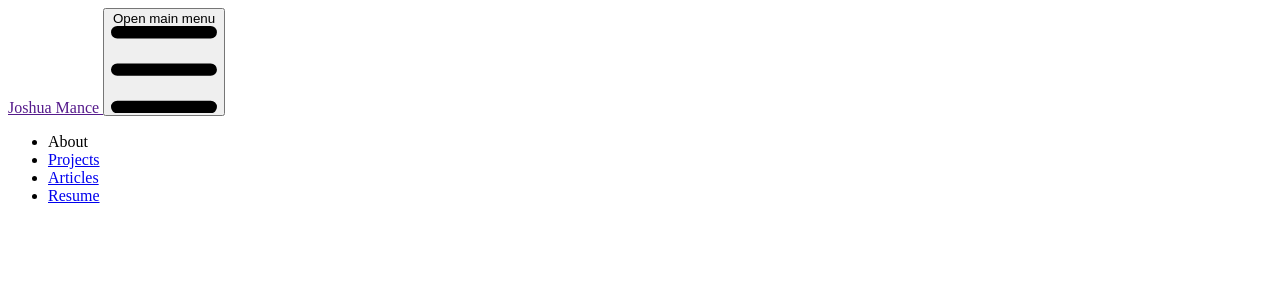
Repository: JoshMance/JoshMance.github.io
Page: src/components/navbar.html
The author's editor kept a copy of each file at every save. The page is drawn from the files as they stood at one save, then again after the next save.
The browser window is 1280 px wide. The pictures show the whole page.

Above is the page before, as saved 2024-08-27 08:58:06.

### src/components/navbar.html
<nav class="navbar sticky top-0 p-3 m-0">
  <div class="max-w-screen-3xl md:flex items-start justify-between mx-auto pl-4">


    <a href="" class="flex items-center space-x-5 rtl:space-x-reverse">
        <span class="rounded-corners self-center text-3xl py-2 whitespace-nowrap text-secondary font-mono itialic">  Joshua Mance </span>
    </a>
    <button data-collapse-toggle="navbar-default" type="button" class="inline-flex items-center p-2 w-10 h-10 justify-center text-sm text-gray-500 rounded-lg md:hidden hover:bg-gray-100 focus:outline-none focus:ring-2 focus:ring-gray-200 dark:text-gray-400 dark:hover:bg-gray-700 dark:focus:ring-gray-600" aria-controls="navbar-default" aria-expanded="false">
        <span class="sr-only">Open main menu</span>
        <svg class="w-5 h-5" aria-hidden="true" xmlns="http://www.w3.org/2000/svg" fill="none" viewBox="0 0 17 14">
            <path stroke="currentColor" stroke-linecap="round" stroke-linejoin="round" stroke-width="2" d="M1 1h15M1 7h15M1 13h15"/>
        </svg>
    </button>
    <div class="hidden w-full md:block md:w-auto" id="navbar">
      <ul class="text-2xl flex flex-col md:p-0 mt-5 border rounded-lg md:flex-row rtl:space-x-reverse md:mt-0 md:border-0">
        <li class="px-5">
          <div id = "about" class="block py-2 px-7 text-secondary rounded-3xl hover:underline hover:text-accent">About</div>
        </li>
        <li class="px-5">
          <a href="/src/pages/projects.html" class="block py-2 px-7 text-secondary rounded-3xl hover:underline hover:text-accent">Projects</a>
        </li>
        <li class="px-5">
          <a href="#" class="block py-2 px-7 whitespace-nowrap text-secondary rounded-3xl hover:underline hover:text-accent">Articles</a>
        </li>
        <li class="px-5">
          <a href="#" class="block py-2 px-7 whitespace-nowrap text-secondary rounded-3xl hover:underline hover:text-accent">Resume</a>
        </li>

      </ul>
    </div>
  </div>
</nav>

After the next save:
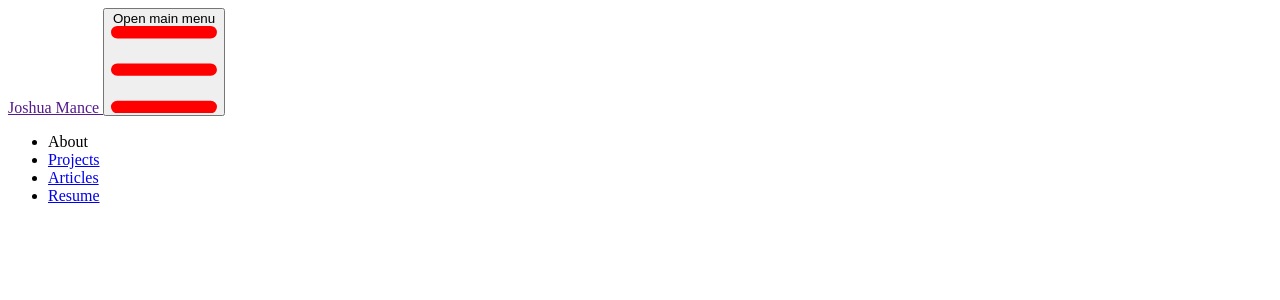
Saved 76 s later.
--- a/src/components/navbar.html
+++ b/src/components/navbar.html
@@ -1,14 +1,14 @@
 <nav class="navbar sticky top-0 p-3 m-0">
   <div class="max-w-screen-3xl md:flex items-start justify-between mx-auto pl-4">
-
-
     <a href="" class="flex items-center space-x-5 rtl:space-x-reverse">
         <span class="rounded-corners self-center text-3xl py-2 whitespace-nowrap text-secondary font-mono itialic">  Joshua Mance </span>
     </a>
+
+
     <button data-collapse-toggle="navbar-default" type="button" class="inline-flex items-center p-2 w-10 h-10 justify-center text-sm text-gray-500 rounded-lg md:hidden hover:bg-gray-100 focus:outline-none focus:ring-2 focus:ring-gray-200 dark:text-gray-400 dark:hover:bg-gray-700 dark:focus:ring-gray-600" aria-controls="navbar-default" aria-expanded="false">
         <span class="sr-only">Open main menu</span>
         <svg class="w-5 h-5" aria-hidden="true" xmlns="http://www.w3.org/2000/svg" fill="none" viewBox="0 0 17 14">
-            <path stroke="currentColor" stroke-linecap="round" stroke-linejoin="round" stroke-width="2" d="M1 1h15M1 7h15M1 13h15"/>
+            <path stroke="red" stroke-linecap="round" stroke-linejoin="round" stroke-width="2" d="M1 1h15M1 7h15M1 13h15"/>
         </svg>
     </button>
     <div class="hidden w-full md:block md:w-auto" id="navbar">
